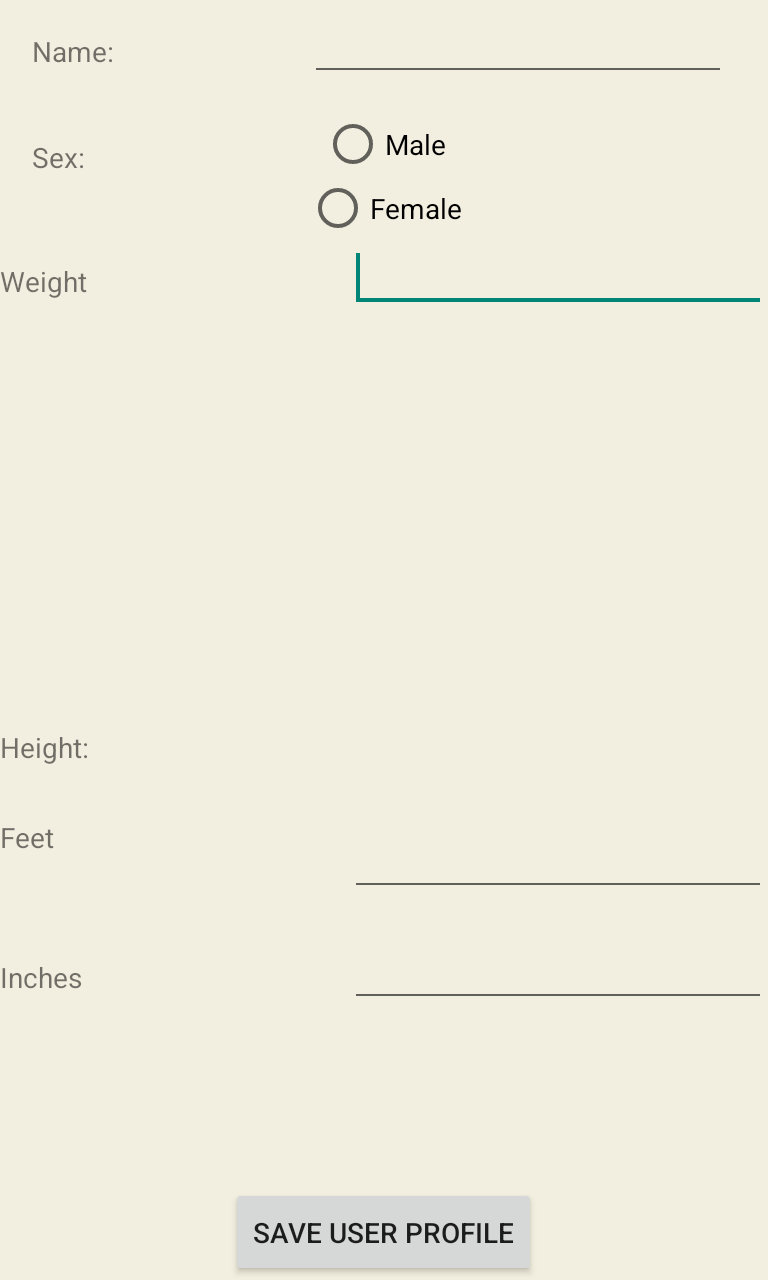
Repository: CS185Wingman/wingman
Layout: Workspace/wingman/res/layout/user_settings.xml
These files come from the project's save history. The layout is drawn as it stood at one moment and after the next save; the edit follows.
It is drawn on a 768 x 1280 px phone screen (xhdpi) without system bars, with theme AppTheme; the app's code is not run.

Above is the layout before, as saved 2014-06-06 04:34:03.

After the next save:
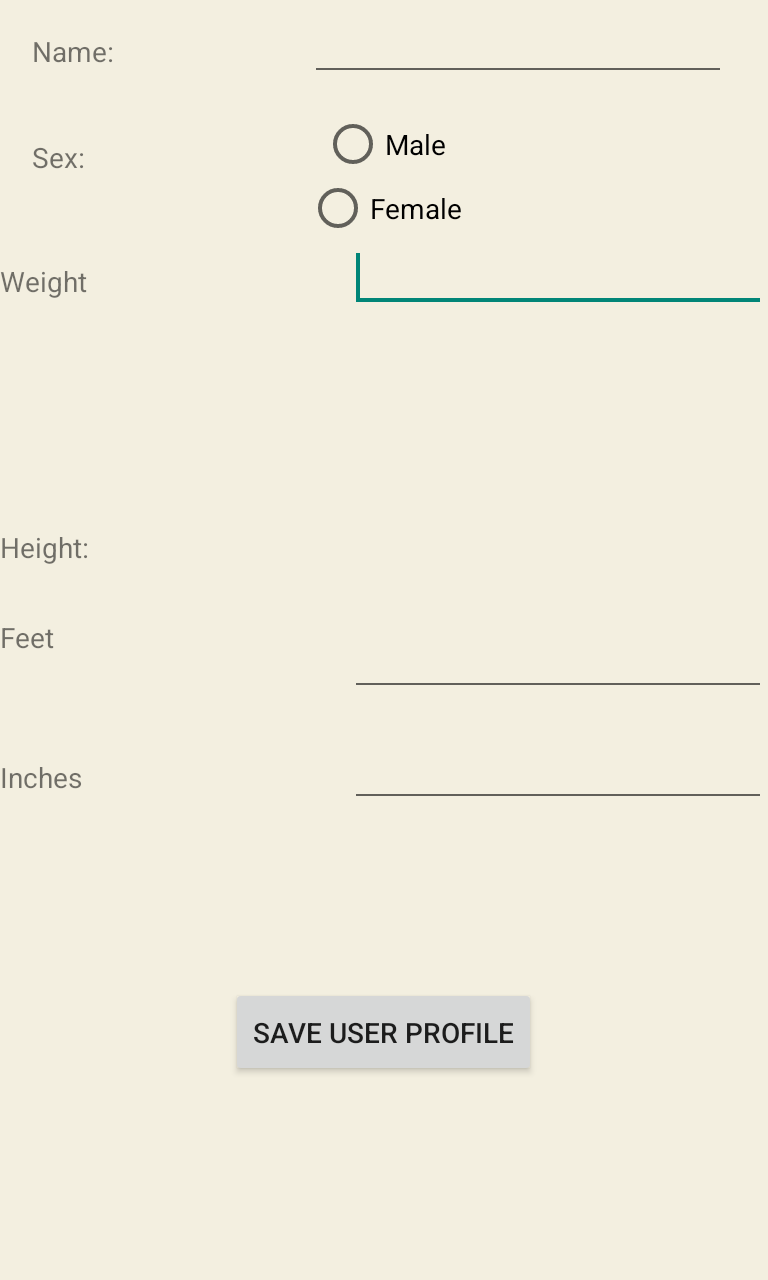
Saved 84 s later.
--- a/Workspace/wingman/res/layout/user_settings.xml
+++ b/Workspace/wingman/res/layout/user_settings.xml
@@ -130,7 +130,7 @@
         android:layout_height="wrap_content"
         android:layout_alignParentBottom="true"
         android:layout_centerHorizontal="true"
-
+        android:layout_marginBottom="100dp"
         android:text="Save User Profile" />
 
 </RelativeLayout>
